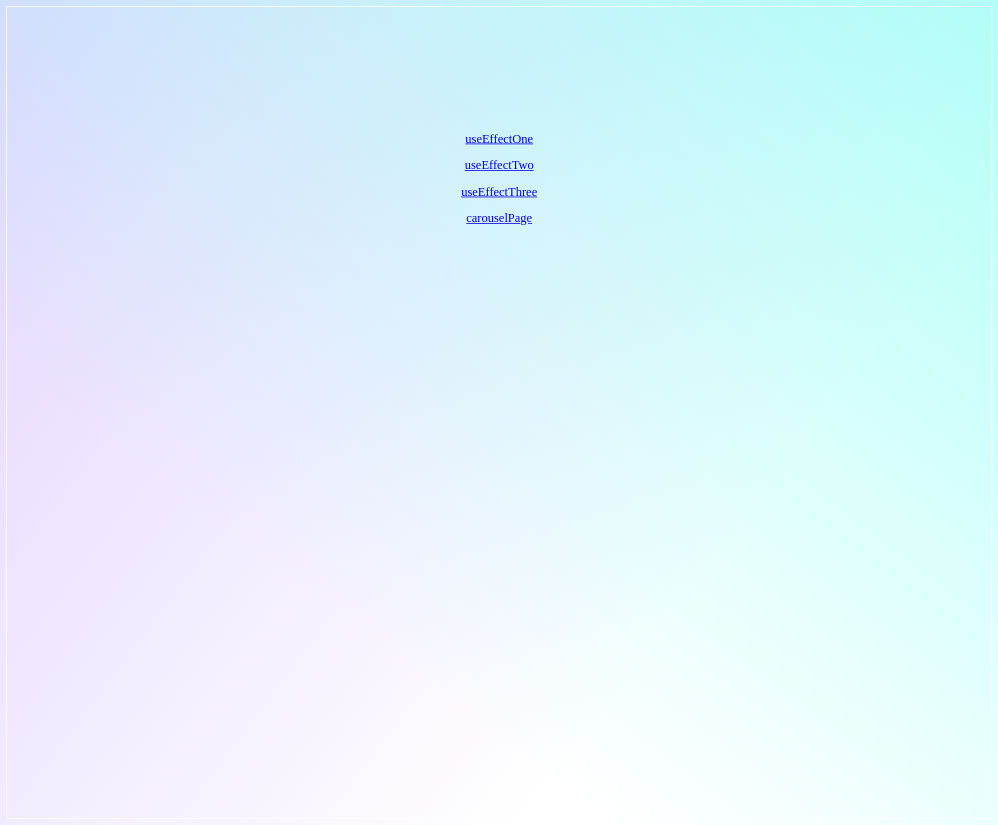
Repository: juliet-jskim/week-8-useEffect-carousel
Page: /
These files come from the project's save history. The page is drawn as it stood at one moment and after the next save; the edit follows.
The browser window is 1280 px wide. The pictures show the whole page, at 78% of full size.
The project was rebuilt for these pictures with package versions that can differ from the ones it lists, and the page was loaded fresh each time. The framework's server and built-in components were replaced by stand-ins that run in the browser. Also part of the build but not shown: next.config.js.

Above is the page before, as saved 2023-02-20 21:56:51.

After the next save:
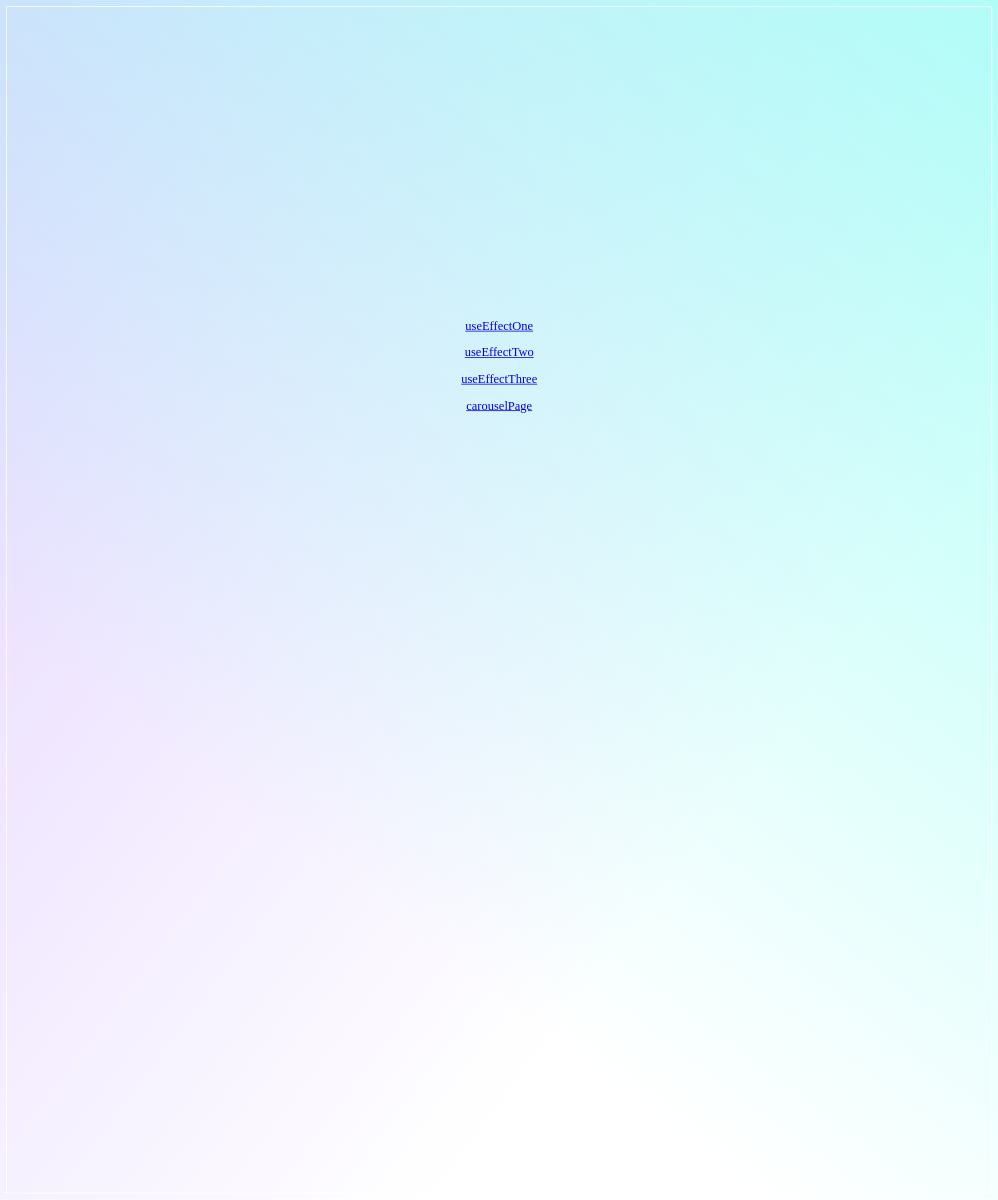
Saved 76 s later.
--- a/styles/Home.module.css
+++ b/styles/Home.module.css
@@ -3,8 +3,7 @@
   flex-direction: column;
   gap: 1rem;
   align-items: center;
-  padding: 10rem;
-  top: 30rem;
+  padding: 25rem;
   min-height: 100vh;
   border: 1px solid white;
 }
